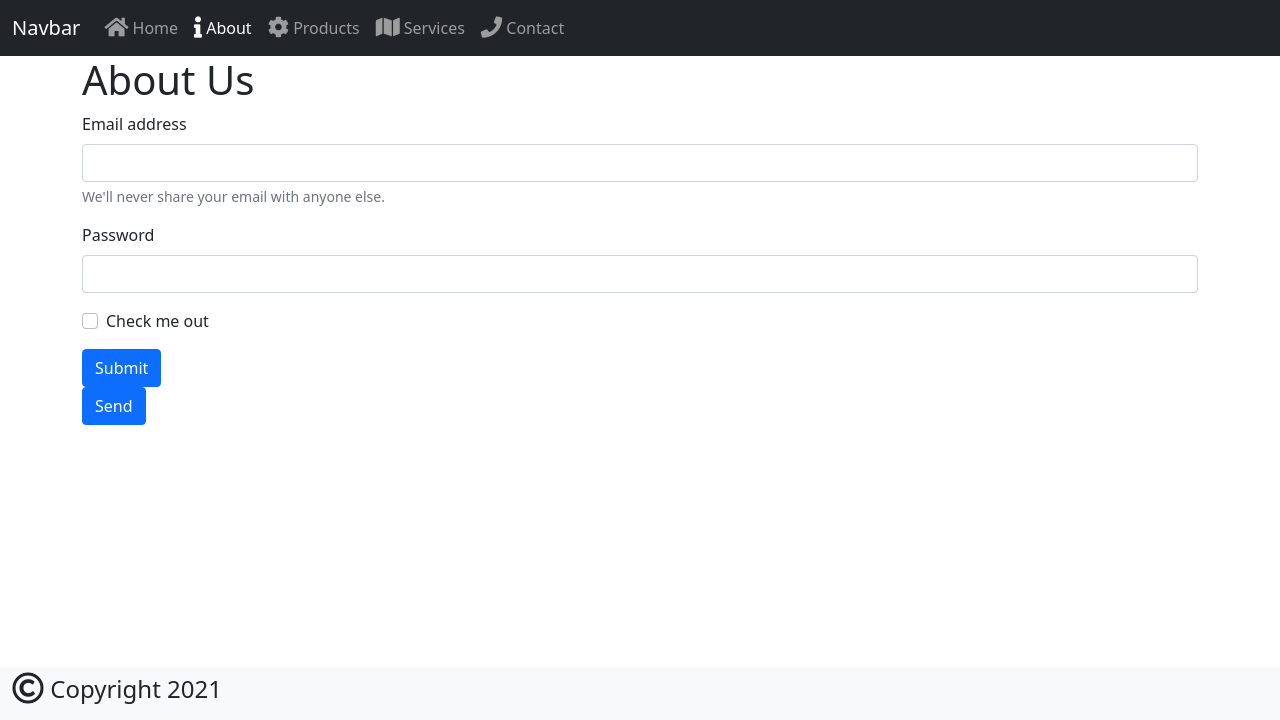
Repository: evanpalmer002/WEBD6201-ICE4
Page: about.html
The author's editor kept a copy of each file at every save. The page is drawn from the files as they stood at one save, then again after the next save.
The browser window is 1280 px wide. The pictures show the whole page.

Above is the page before, as saved 2021-01-20 16:26:24.

After the next save:
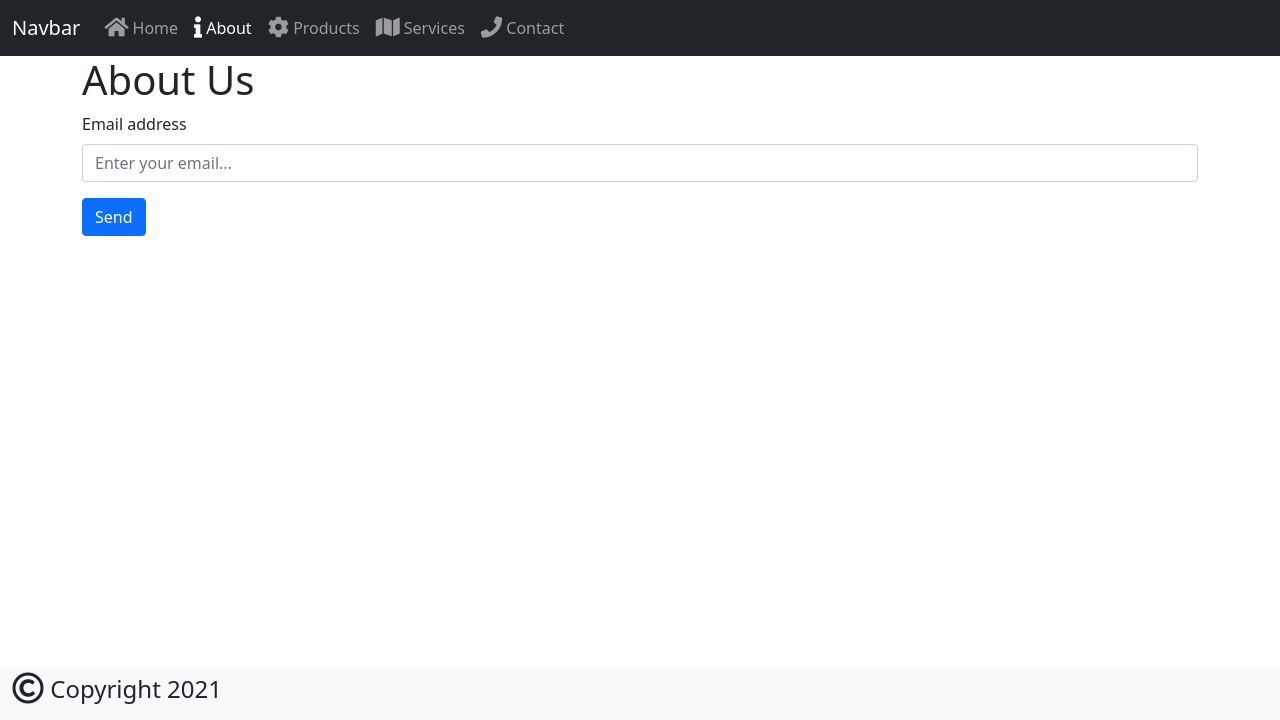
Saved 117 s later.
--- a/about.html
+++ b/about.html
@@ -54,18 +54,9 @@
         <form>
           <div class="mb-3">
             <label for="exampleInputEmail1" class="form-label">Email address</label>
-            <input type="email" class="form-control" id="exampleInputEmail1" aria-describedby="emailHelp">
-            <div id="emailHelp" class="form-text">We'll never share your email with anyone else.</div>
+            <input type="email" class="form-control" id="emailAddress" aria-describedby="emailHelp"
+            name="emailAddress" placeholder="Enter your email..." required>
           </div>
-          <div class="mb-3">
-            <label for="exampleInputPassword1" class="form-label">Password</label>
-            <input type="password" class="form-control" id="exampleInputPassword1">
-          </div>
-          <div class="mb-3 form-check">
-            <input type="checkbox" class="form-check-input" id="exampleCheck1">
-            <label class="form-check-label" for="exampleCheck1">Check me out</label>
-          </div>
-          <button type="submit" class="btn btn-primary">Submit</button>
         </form>
 
         <button type="submit" class="btn btn-primary">Send</button>
